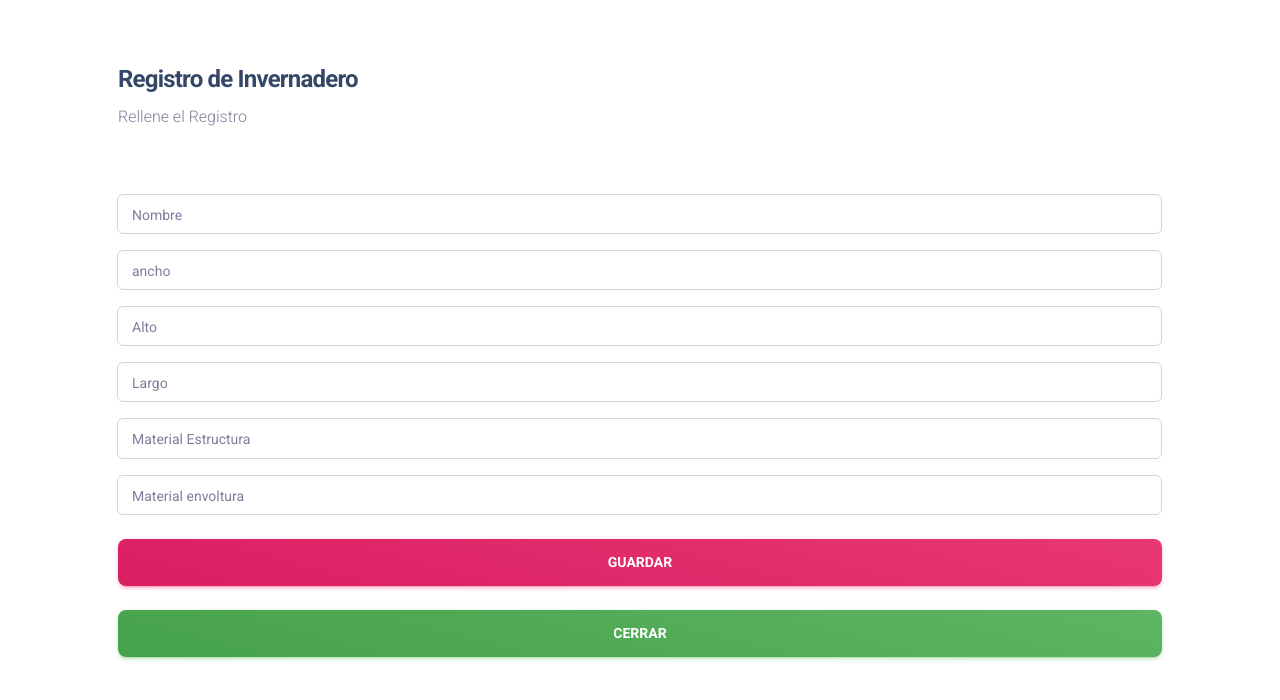
Repository: ValenciaAlmeidaVictor/sistemariego
Page: resources/views/posts/create.blade.php
These files come from the project's save history. The page is drawn as it stood at one moment and after the next save; the edit follows.
The browser window is 1280 px wide. The pictures show the whole page.
Some web libraries are served in a nearby version. The page is served by the project's Laravel application, run on PHP 8.4 with Laravel 10. Other server files are loaded and not shown. The template is opened directly, without the code that normally fills it, so the values that code supplies are empty.

Above is the page before, as saved 2023-06-19 20:06:19.

### routes/web.php
<?php

use Illuminate\Support\Facades\Auth;
use Illuminate\Support\Facades\Route;

/*
|--------------------------------------------------------------------------
| Web Routes
|--------------------------------------------------------------------------
|
| Here is where you can register web routes for your application. These
| routes are loaded by the RouteServiceProvider and all of them will
| be assigned to the "web" middleware group. Make something great!
|
*/

Route::get('/', function () {
    return view('welcome');
});

Auth::routes();

Route::get('/home', [App\Http\Controllers\HomeController::class, 'index'])->name('home');

use App\Http\Controllers\DashboardController;
use App\Http\Controllers\ProfileController;
use App\Http\Controllers\RegisterController;
use App\Http\Controllers\SessionsController;
use App\Http\Controllers\PostController;

Route::get('/', function () {return redirect('sign-in');})->middleware('guest');
Route::get('/dashboard', [DashboardController::class, 'index'])->middleware('auth')->name('dashboard');
Route::get('sign-up', [RegisterController::class, 'create'])->middleware('guest')->name('register');
Route::post('sign-up', [RegisterController::class, 'store'])->middleware('guest');
Route::get('sign-in', [SessionsController::class, 'create'])->middleware('guest')->name('login');
Route::post('sign-in', [SessionsController::class, 'store'])->middleware('guest');
Route::post('verify', [SessionsController::class, 'show'])->middleware('guest');
Route::post('reset-password', [SessionsController::class, 'update'])->middleware('guest')->name('password.update');
Route::get('verify', function () {
	return view('sessions.password.verify');
})->middleware('guest')->name('verify');
Route::get('/reset-password/{token}', function ($token) {
	return view('sessions.password.reset', ['token' => $token]);
})->middleware('guest')->name('password.reset');

Route::post('sign-out', [SessionsController::class, 'destroy'])->middleware('auth')->name('logout');
Route::get('profile', [ProfileController::class, 'create'])->middleware('auth')->name('profile');
Route::post('user-profile', [ProfileController::class, 'update'])->middleware('auth');
Route::group(['middleware' => 'auth'], function () {
	Route::get('billing', function () {
		return view('pages.billing');
	})->name('billing');
	Route::get('tables', function () {
		return view('pages.tables');
	})->name('tables');
	Route::get('rtl', function () {
		return view('pages.rtl');
	})->name('rtl');
	Route::get('virtual-reality', function () {
		return view('pages.virtual-reality');
	})->name('virtual-reality');
	Route::get('notifications', function () {
		return view('pages.notifications');
	})->name('notifications');
	Route::get('static-sign-in', function () {
		return view('pages.static-sign-in');
	})->name('static-sign-in');
	Route::get('static-sign-up', function () {
		return view('pages.static-sign-up');
	})->name('static-sign-up');
	Route::get('user-management', function () {
		return view('pages.laravel-examples.user-management');
	})->name('user-management');
	Route::get('user-profile', function () {
		return view('pages.laravel-examples.user-profile');
	})->name('user-profile');
});


//rutas para el controlleer de las tablas del admin //

Route::group(['middleware' => 'auth'], function (){
    Route::resource('posts','App\Http\Controllers\PostController',['except'=>['show']]);
});

### resources/views/posts/create.blade.php
<x-layout bodyClass="">

        <main class="main-content  mt-0">
            <section>
                <div class="page-header min-vh-100">
                    <div class="container">
                        <div class="row">
                                <div class="card card-plain">
                                    <div class="card-header">
                                        <h4 class="font-weight-bolder">Registro de Invernadero</h4>
                                        <p class="mb-0">Rellene el Registro</p>
                                    </div>
                                    <div class="card-body">
                                        <form method="POST" action="{{ route('posts.store') }}">
                                            @csrf
                                            <div class="input-group input-group-outline mt-3">
                                                <label class="form-label">Nombre</label>
                                                <input type="text" class="form-control" name="nombre"
                                                    value="{{ old('nombre') }}">
                                            </div>
                                            @error('nombre')
                                            <p class='text-danger inputerror'>{{ $message }} </p>
                                            @enderror
                                            <div class="input-group input-group-outline mt-3">
                                                <label class="form-label">ancho</label>
                                                <input type="text" class="form-control" name="ancho"
                                                    value="{{ old('ancho') }}">
                                            </div>
                                            @error('ancho')
                                            <p class='text-danger inputerror'>{{ $message }} </p>
                                            @enderror
                                            <div class="input-group input-group-outline mt-3">
                                                <label class="form-label">Alto</label>
                                                <input type="text" class="form-control" name="alto">
                                            </div>
                                            @error('alto')
                                            <p class='text-danger inputerror'>{{ $message }} </p>
                                            @enderror
                                            <div class="input-group input-group-outline mt-3">
                                                <label class="form-label">Largo</label>
                                                <input type="text" class="form-control" name="largo">
                                            </div>
                                            @error('largo')
                                            <p class='text-danger inputerror'>{{ $message }} </p>
                                            @enderror
                                            <div class="input-group input-group-outline mt-3">
                                                <label class="form-label">Material Estructura</label>
                                                <input type="text" class="form-control" name="material_es">
                                            </div>
                                            @error('material_es')
                                            <p class='text-danger inputerror'>{{ $message }} </p>
                                            @enderror
                                            <div class="input-group input-group-outline mt-3">
                                                <label class="form-label">Material envoltura</label>
                                                <input type="text" class="form-control" name="material_env">
                                            </div>
                                            @error('material_env')
                                            <p class='text-danger inputerror'>{{ $message }} </p>
                                            @enderror
                                            <div class="text-center">
                                                <button type="submit"
                                                    class="btn btn-lg bg-gradient-primary btn-lg w-100 mt-4 mb-0">Guardar</button>
                                            <div class="text-center">
                                                <button type="button"
                                                    class="btn btn-lg bg-gradient-success btn-lg w-100 mt-4 mb-0">Cerrar</button>
                                            </div>
                                        </form>
                                    </div>
                                </div>
                            </div>
                        </div>
                    </div>
            </section>
        </main>
    </div>
</x-layout>

### resources/views/components/layout.blade.php
<!--
=========================================================
* Material Dashboard 2 - v3.0.0
=========================================================

* Product Page: https://www.creative-tim.com/product/material-dashboard
* Copyright 2021 Creative Tim (https://www.creative-tim.com) & UPDIVISION (https://www.updivision.com)
* Licensed under MIT (https://www.creative-tim.com/license)
* Coded by www.creative-tim.com & www.updivision.com

=========================================================

* The above copyright notice and this permission notice shall be included in all copies or substantial portions of the Software.
-->
@props(['bodyClass'])
<!DOCTYPE html>
<html lang="en">

<head>
    <meta charset="utf-8" />
    <meta name="viewport" content="width=device-width, initial-scale=1, shrink-to-fit=no">

    <link rel="apple-touch-icon" sizes="76x76" href="{{ asset('assets') }}/img/apple-icon.png">
    <link rel="icon" type="image/png" href="{{ asset('assets') }}/img/favicon.png">
    <title>
        MaxAspersor Dashboard
    </title>
    <!--     Fonts and icons     -->
    <link rel="stylesheet" type="text/css"
        href="https://fonts.googleapis.com/css?family=Roboto:300,400,500,700,900|Roboto+Slab:400,700" />
    <!-- Nucleo Icons -->
    <link href="{{ asset('assets') }}/css/nucleo-icons.css" rel="stylesheet" />
    <link href="{{ asset('assets') }}/css/nucleo-svg.css" rel="stylesheet" />
    <!-- Font Awesome Icons -->
    <script src="https://kit.fontawesome.com/42d5adcbca.js" crossorigin="anonymous"></script>
    <!-- Material Icons -->
    <link href="https://fonts.googleapis.com/icon?family=Material+Icons+Round" rel="stylesheet">
    <!-- CSS Files -->
    <link id="pagestyle" href="{{ asset('assets') }}/css/material-dashboard.css?v=3.0.0" rel="stylesheet" />
</head>
<body class="{{ $bodyClass }}">

{{ $slot }}

<script src="{{ asset('assets') }}/js/core/popper.min.js"></script>
<script src="{{ asset('assets') }}/js/core/bootstrap.min.js"></script>
<script src="{{ asset('assets') }}/js/plugins/perfect-scrollbar.min.js"></script>
<script src="{{ asset('assets') }}/js/plugins/smooth-scrollbar.min.js"></script>
@stack('js')
<script>
    var win = navigator.platform.indexOf('Win') > -1;
    if (win && document.querySelector('#sidenav-scrollbar')) {
        var options = {
            damping: '0.5'
        }
        Scrollbar.init(document.querySelector('#sidenav-scrollbar'), options);
    }

</script>
<!-- Github buttons -->
<script async defer src="https://buttons.github.io/buttons.js"></script>
<!-- Control Center for Material Dashboard: parallax effects, scripts for the example pages etc -->
<script src="{{ asset('assets') }}/js/material-dashboard.min.js?v=3.0.0"></script>
</body>
</html>

### public/assets/css/nucleo-icons.css
/*--------------------------------

hermes-dashboard-icons Web Font - built using nucleoapp.com
License - nucleoapp.com/license/

-------------------------------- */
@font-face {
  font-family: 'NucleoIcons';
  src: url('../fonts/nucleo-icons.eot');
  src: url('../fonts/nucleo-icons.eot') format('embedded-opentype'), url('../fonts/nucleo-icons.woff2') format('woff2'), url('../fonts/nucleo-icons.woff') format('woff'), url('../fonts/nucleo-icons.ttf') format('truetype'), url('../fonts/nucleo-icons.svg') format('svg');
  font-weight: normal;
  font-style: normal;
}

/*------------------------
    base class definition
-------------------------*/
.ni {
  display: inline-block;
  font: normal normal normal 14px/1 NucleoIcons;
  font-size: inherit;
  text-rendering: auto;
  -webkit-font-smoothing: antialiased;
  -moz-osx-font-smoothing: grayscale;
}

/*------------------------
  change icon size
-------------------------*/
.ni-lg {
  font-size: 1.33333333em;
  line-height: 0.75em;
  vertical-align: -15%;
}

.ni-2x {
  font-size: 2em;
}

.ni-3x {
  font-size: 3em;
}

.ni-4x {
  font-size: 4em;
}

.ni-5x {
  font-size: 5em;
}

/*----------------------------------
  add a square/circle background
-----------------------------------*/
.ni.square,
.ni.circle {
  padding: 0.33333333em;
  vertical-align: -16%;
  background-color: #eee;
}

.ni.circle {
  border-radius: 50%;
}

/*------------------------
  list icons
-------------------------*/
.ni-ul {
  padding-left: 0;
  margin-left: 2.14285714em;
  list-style-type: none;
}

.ni-ul>li {
  position: relative;
}

.ni-ul>li>.ni {
  position: absolute;
  left: -1.57142857em;
  top: 0.14285714em;
  text-align: center;
}

.ni-ul>li>.ni.lg {
  top: 0;
  left: -1.35714286em;
}

.ni-ul>li>.ni.circle,
.ni-ul>li>.ni.square {
  top: -0.19047619em;
  left: -1.9047619em;
}

/*------------------------
  spinning icons
-------------------------*/
.ni.spin {
  -webkit-animation: nc-spin 2s infinite linear;
  -moz-animation: nc-spin 2s infinite linear;
  animation: nc-spin 2s infinite linear;
}

@-webkit-keyframes nc-spin {
  0% {
    -webkit-transform: rotate(0deg);
  }

  100% {
    -webkit-transform: rotate(360deg);
  }
}

@-moz-keyframes nc-spin {
  0% {
    -moz-transform: rotate(0deg);
  }

  100% {
    -moz-transform: rotate(360deg);
  }
}

@keyframes nc-spin {
  0% {
    -webkit-transform: rotate(0deg);
    -moz-transform: rotate(0deg);
    -ms-transform: rotate(0deg);
    -o-transform: rotate(0deg);
    transform: rotate(0deg);
  }

  100% {
    -webkit-transform: rotate(360deg);
    -moz-transform: rotate(360deg);
    -ms-transform: rotate(360deg);
    -o-transform: rotate(360deg);
    transform: rotate(360deg);
  }
}

/*------------------------
  rotated/flipped icons
-------------------------*/
.ni.rotate-90 {
  filter: progid:DXImageTransform.Microsoft.BasicImage(rotation=1);
  -webkit-transform: rotate(90deg);
  -moz-transform: rotate(90deg);
  -ms-transform: rotate(90deg);
  -o-transform: rotate(90deg);
  transform: rotate(90deg);
}

.ni.rotate-180 {
  filter: progid:DXImageTransform.Microsoft.BasicImage(rotation=2);
  -webkit-transform: rotate(180deg);
  -moz-transform: rotate(180deg);
  -ms-transform: rotate(180deg);
  -o-transform: rotate(180deg);
  transform: rotate(180deg);
}

.ni.rotate-270 {
  filter: progid:DXImageTransform.Microsoft.BasicImage(rotation=3);
  -webkit-transform: rotate(270deg);
  -moz-transform: rotate(270deg);
  -ms-transform: rotate(270deg);
  -o-transform: rotate(270deg);
  transform: rotate(270deg);
}

.ni.flip-y {
  filter: progid:DXImageTransform.Microsoft.BasicImage(rotation=0);
  -webkit-transform: scale(-1, 1);
  -moz-transform: scale(-1, 1);
  -ms-transform: scale(-1, 1);
  -o-transform: scale(-1, 1);
  transform: scale(-1, 1);
}

.ni.flip-x {
  filter: progid:DXImageTransform.Microsoft.BasicImage(rotation=2);
  -webkit-transform: scale(1, -1);
  -moz-transform: scale(1, -1);
  -ms-transform: scale(1, -1);
  -o-transform: scale(1, -1);
  transform: scale(1, -1);
}

/*------------------------
    font icons
-------------------------*/

.ni-active-40::before {
  content: "\ea02";
}

.ni-air-baloon::before {
  content: "\ea03";
}

.ni-album-2::before {
  content: "\ea04";
}

.ni-align-center::before {
  content: "\ea05";
}

.ni-align-left-2::before {
  content: "\ea06";
}

.ni-ambulance::before {
  content: "\ea07";
}

.ni-app::before {
  content: "\ea08";
}

.ni-archive-2::before {
  content: "\ea09";
}

.ni-atom::before {
  content: "\ea0a";
}

.ni-badge::before {
  content: "\ea0b";
}

.ni-bag-17::before {
  content: "\ea0c";
}

.ni-basket::before {
  content: "\ea0d";
}

.ni-bell-55::before {
  content: "\ea0e";
}

.ni-bold-down::before {
  content: "\ea0f";
}

.ni-bold-left::before {
  content: "\ea10";
}

.ni-bold-right::before {
  content: "\ea11";
}

.ni-bold-up::before {
  content: "\ea12";
}

.ni-bold::before {
  content: "\ea13";
}

.ni-book-bookmark::before {
  content: "\ea14";
}

.ni-books::before {
  content: "\ea15";
}

.ni-box-2::before {
  content: "\ea16";
}

.ni-briefcase-24::before {
  content: "\ea17";
}

.ni-building::before {
  content: "\ea18";
}

.ni-bulb-61::before {
  content: "\ea19";
}

.ni-bullet-list-67::before {
  content: "\ea1a";
}

.ni-bus-front-12::before {
  content: "\ea1b";
}

.ni-button-pause::before {
  content: "\ea1c";
}

.ni-button-play::before {
  content: "\ea1d";
}

.ni-button-power::before {
  content: "\ea1e";
}

.ni-calendar-grid-58::before {
  content: "\ea1f";
}

.ni-camera-compact::before {
  content: "\ea20";
}

.ni-caps-small::before {
  content: "\ea21";
}

.ni-cart::before {
  content: "\ea22";
}

.ni-chart-bar-32::before {
  content: "\ea23";
}

.ni-chart-pie-35::before {
  content: "\ea24";
}

.ni-chat-round::before {
  content: "\ea25";
}

.ni-check-bold::before {
  content: "\ea26";
}

.ni-circle-08::before {
  content: "\ea27";
}

.ni-cloud-download-95::before {
  content: "\ea28";
}

.ni-cloud-upload-96::before {
  content: "\ea29";
}

.ni-compass-04::before {
  content: "\ea2a";
}

.ni-controller::before {
  content: "\ea2b";
}

.ni-credit-card::before {
  content: "\ea2c";
}

.ni-curved-next::before {
  content: "\ea2d";
}

.ni-delivery-fast::before {
  content: "\ea2e";
}

.ni-diamond::before {
  content: "\ea2f";
}

.ni-email-83::before {
  content: "\ea30";
}

.ni-fat-add::before {
  content: "\ea31";
}

.ni-fat-delete::before {
  content: "\ea32";
}

.ni-fat-remove::before {
  content: "\ea33";
}

.ni-favourite-28::before {
  content: "\ea34";
}

.ni-folder-17::before {
  content: "\ea35";
}

.ni-glasses-2::before {
  content: "\ea36";
}

.ni-hat-3::before {
  content: "\ea37";
}

.ni-headphones::before {
  content: "\ea38";
}

.ni-html5::before {
  content: "\ea39";
}

.ni-istanbul::before {
  content: "\ea3a";
}

.ni-key-25::before {
  content: "\ea3b";
}

.ni-laptop::before {
  content: "\ea3c";
}

.ni-like-2::before {
  content: "\ea3d";
}

.ni-lock-circle-open::before {
  content: "\ea3e";
}

.ni-map-big::before {
  content: "\ea3f";
}

.ni-mobile-button::before {
  content: "\ea40";
}

.ni-money-coins::before {
  content: "\ea41";
}

.ni-note-03::before {
  content: "\ea42";
}

.ni-notification-70::before {
  content: "\ea43";
}

.ni-palette::before {
  content: "\ea44";
}

.ni-paper-diploma::before {
  content: "\ea45";
}

.ni-pin-3::before {
  content: "\ea46";
}

.ni-planet::before {
  content: "\ea47";
}

.ni-ruler-pencil::before {
  content: "\ea48";
}

.ni-satisfied::before {
  content: "\ea49";
}

.ni-scissors::before {
  content: "\ea4a";
}

.ni-send::before {
  content: "\ea4b";
}

.ni-settings-gear-65::before {
  content: "\ea4c";
}

.ni-settings::before {
  content: "\ea4d";
}

.ni-single-02::before {
  content: "\ea4e";
}

.ni-single-copy-04::before {
  content: "\ea4f";
}

.ni-sound-wave::before {
  content: "\ea50";
}

.ni-spaceship::before {
  content: "\ea51";
}

.ni-square-pin::before {
  content: "\ea52";
}

.ni-support-16::before {
  content: "\ea53";
}

.ni-tablet-button::before {
  content: "\ea54";
}

.ni-tag::before {
  content: "\ea55";
}

.ni-tie-bow::before {
  content: "\ea56";
}

.ni-time-alarm::before {
  content: "\ea57";
}

.ni-trophy::before {
  content: "\ea58";
}

.ni-tv-2::before {
  content: "\ea59";
}

.ni-umbrella-13::before {
  content: "\ea5a";
}

.ni-user-run::before {
  content: "\ea5b";
}

.ni-vector::before {
  content: "\ea5c";
}

.ni-watch-time::before {
  content: "\ea5d";
}

.ni-world::before {
  content: "\ea5e";
}

.ni-zoom-split-in::before {
  content: "\ea5f";
}

.ni-collection::before {
  content: "\ea60";
}

.ni-image::before {
  content: "\ea61";
}

.ni-shop::before {
  content: "\ea62";
}

.ni-ungroup::before {
  content: "\ea63";
}

.ni-world-2::before {
  content: "\ea64";
}

.ni-ui-04::before {
  content: "\ea65";
}


/* all icon font classes list here */

### public/assets/css/nucleo-svg.css
/* Generated using nucleoapp.com */
/* --------------------------------

Icon colors

-------------------------------- */

.icon {
  display: inline-block;
  /* icon primary color */
  color: #111111;
  height: 1em;
  width: 1em;
}

.icon use {
  /* icon secondary color - fill */
  fill: #7ea6f6;
}

.icon.icon-outline use {
  /* icon secondary color - stroke */
  stroke: #7ea6f6;
}

/* --------------------------------

Change icon size

-------------------------------- */

.icon-xs {
  height: 0.5em;
  width: 0.5em;
}

.icon-sm {
  height: 0.8em;
  width: 0.8em;
}

.icon-lg {
  height: 1.6em;
  width: 1.6em;
}

.icon-xl {
  height: 2em;
  width: 2em;
}

/* --------------------------------

Align icon and text

-------------------------------- */

.icon-text-aligner {
  /* add this class to parent element that contains icon + text */
  display: flex;
  align-items: center;
}

.icon-text-aligner .icon {
  color: inherit;
  margin-right: 0.4em;
}

.icon-text-aligner .icon use {
  color: inherit;
  fill: currentColor;
}

.icon-text-aligner .icon.icon-outline use {
  stroke: currentColor;
}

/* --------------------------------

Icon reset values - used to enable color customizations

-------------------------------- */

.icon {
  fill: currentColor;
  stroke: none;
}

.icon.icon-outline {
  fill: none;
  stroke: currentColor;
}

.icon use {
  stroke: none;
}

.icon.icon-outline use {
  fill: none;
}

/* --------------------------------

Stroke effects - Nucleo outline icons

- 16px icons -> up to 1px stroke (16px outline icons do not support stroke changes)
- 24px, 32px icons -> up to 2px stroke
- 48px, 64px icons -> up to 4px stroke

-------------------------------- */

.icon-outline.icon-stroke-1 {
  stroke-width: 1px;
}

.icon-outline.icon-stroke-2 {
  stroke-width: 2px;
}

.icon-outline.icon-stroke-3 {
  stroke-width: 3px;
}

.icon-outline.icon-stroke-4 {
  stroke-width: 4px;
}

.icon-outline.icon-stroke-1 use,
.icon-outline.icon-stroke-3 use {
  -webkit-transform: translateX(0.5px) translateY(0.5px);
  -moz-transform: translateX(0.5px) translateY(0.5px);
  -ms-transform: translateX(0.5px) translateY(0.5px);
  -o-transform: translateX(0.5px) translateY(0.5px);
  transform: translateX(0.5px) translateY(0.5px);
}

Loaded but not shown: app/Http/Controllers/Auth/ConfirmPasswordController.php (common file); app/Http/Controllers/Controller.php (common file); public/assets/css/material-dashboard.css (library); public/assets/js/core/popper.min.js (library); public/assets/js/core/bootstrap.min.js (library); public/assets/js/plugins/perfect-scrollbar.min.js (library); public/assets/js/plugins/smooth-scrollbar.min.js (library); public/assets/js/material-dashboard.min.js (library)

After the next save:
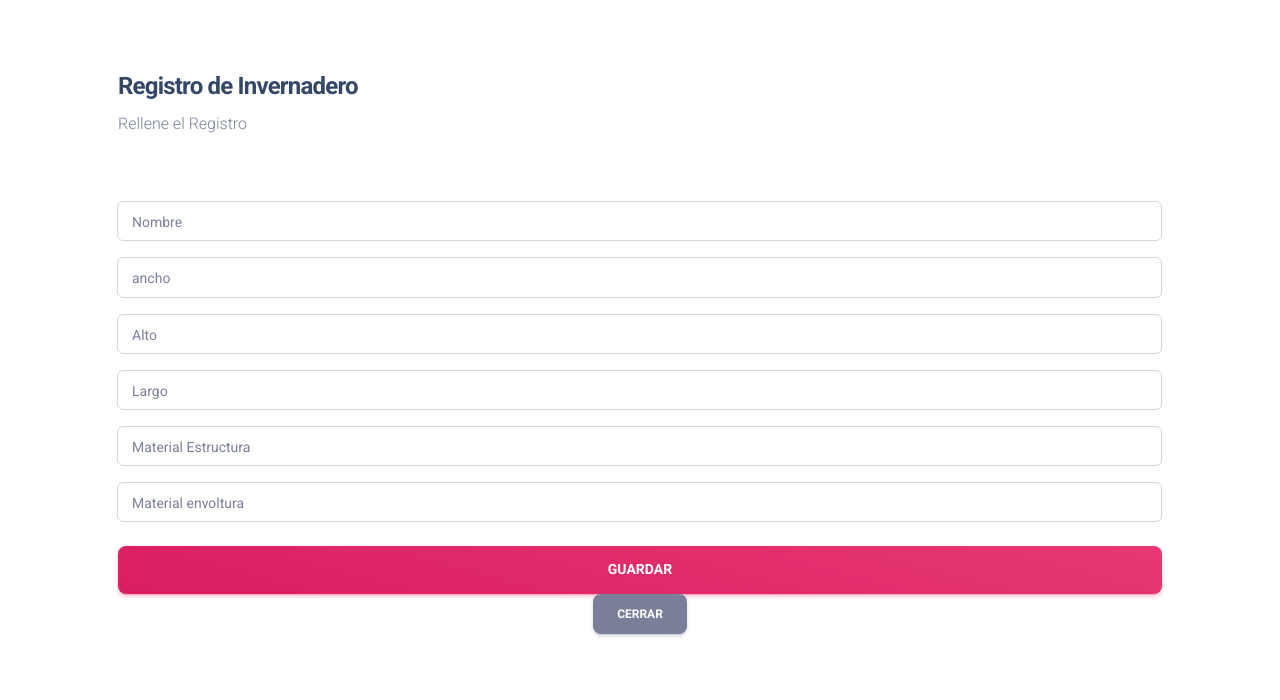
Saved 52 s later.
--- a/resources/views/posts/create.blade.php
+++ b/resources/views/posts/create.blade.php
@@ -61,8 +61,7 @@
                                                 <button type="submit"
                                                     class="btn btn-lg bg-gradient-primary btn-lg w-100 mt-4 mb-0">Guardar</button>
                                             <div class="text-center">
-                                                <button type="button"
-                                                    class="btn btn-lg bg-gradient-success btn-lg w-100 mt-4 mb-0">Cerrar</button>
+                                                <button type="button" class="btn btn-secondary" data-dismiss="modal">Cerrar</button>
                                             </div>
                                         </form>
                                     </div>
